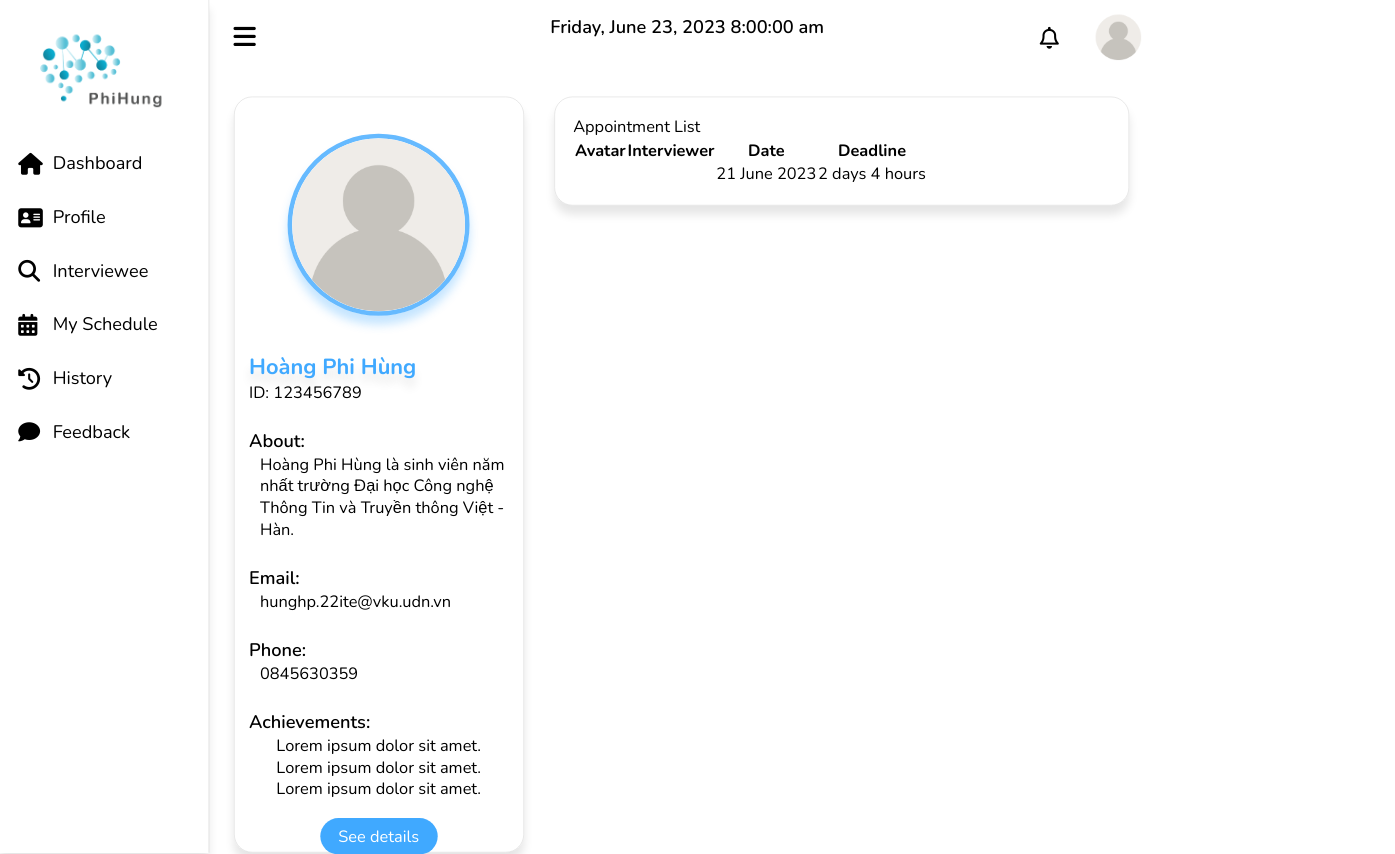
Repository: hphihungit/InterviewService
Page: interviewee.html
These files come from the project's save history. The page is drawn as it stood at one moment and after the next save; the edit follows.
The browser window is 1280 px wide. The page is 1280 px wide, then 1533 px, so the pictures cover 1533 px, including what lies to the right of the window. The pictures show the whole page, at 91% of full size.

Above is the page before, as saved 2023-06-01 00:55:19.

After the next save:
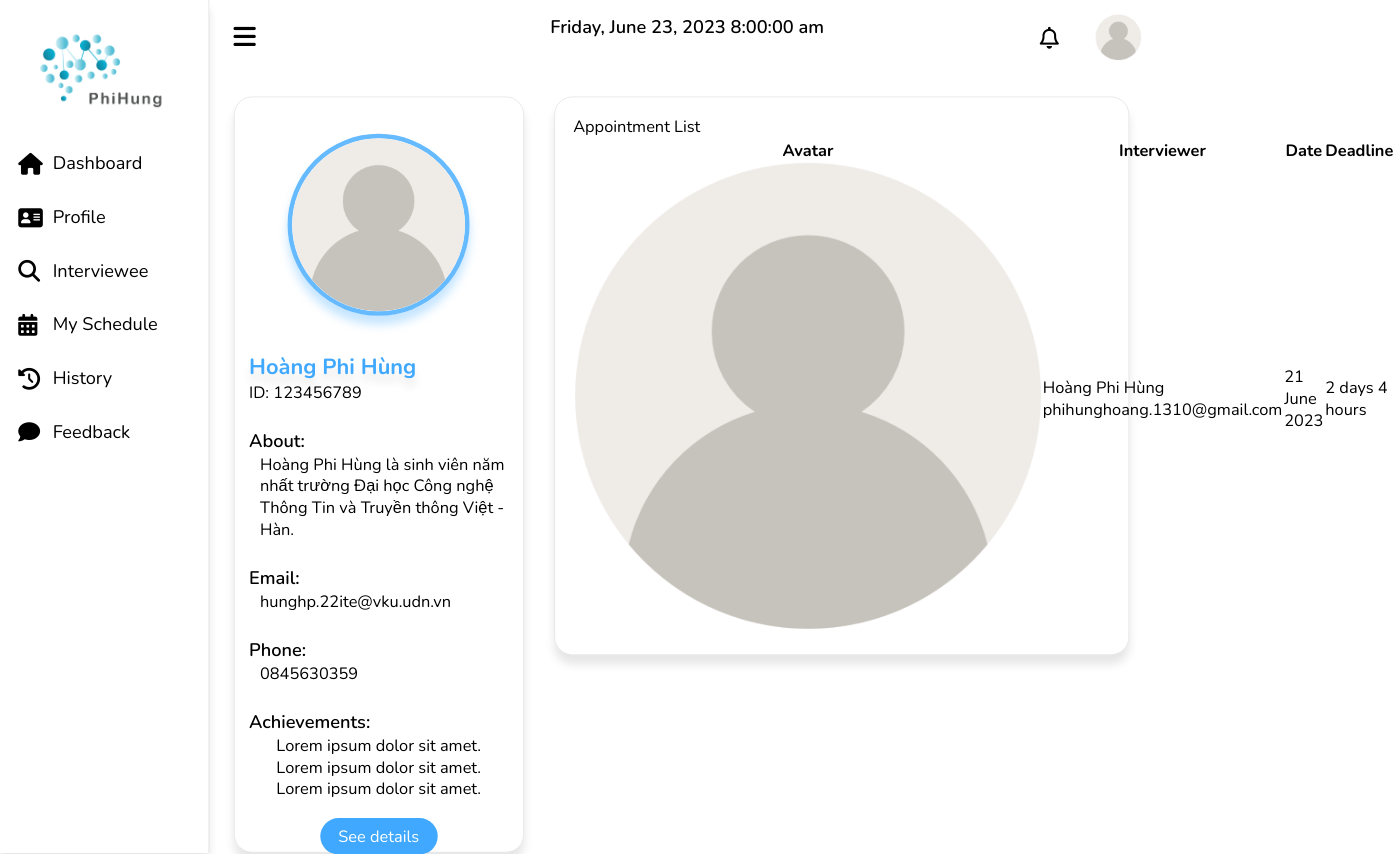
Saved 40 s later.
--- a/interviewee.html
+++ b/interviewee.html
@@ -134,11 +134,11 @@
                             <tbody>
                                 <tr>
                                     <td>
-                                        <img src="" alt="">
+                                        <img src="assets/img/user.png" alt="">
                                     </td>
                                     <td>
-                                        <p class="name"></p>
-                                        <p class="email"></p>
+                                        <p class="name">Hoàng Phi Hùng</p>
+                                        <p class="email">phihunghoang.1310@gmail.com</p>
                                     </td>
                                     <td>
                                         21 June 2023
